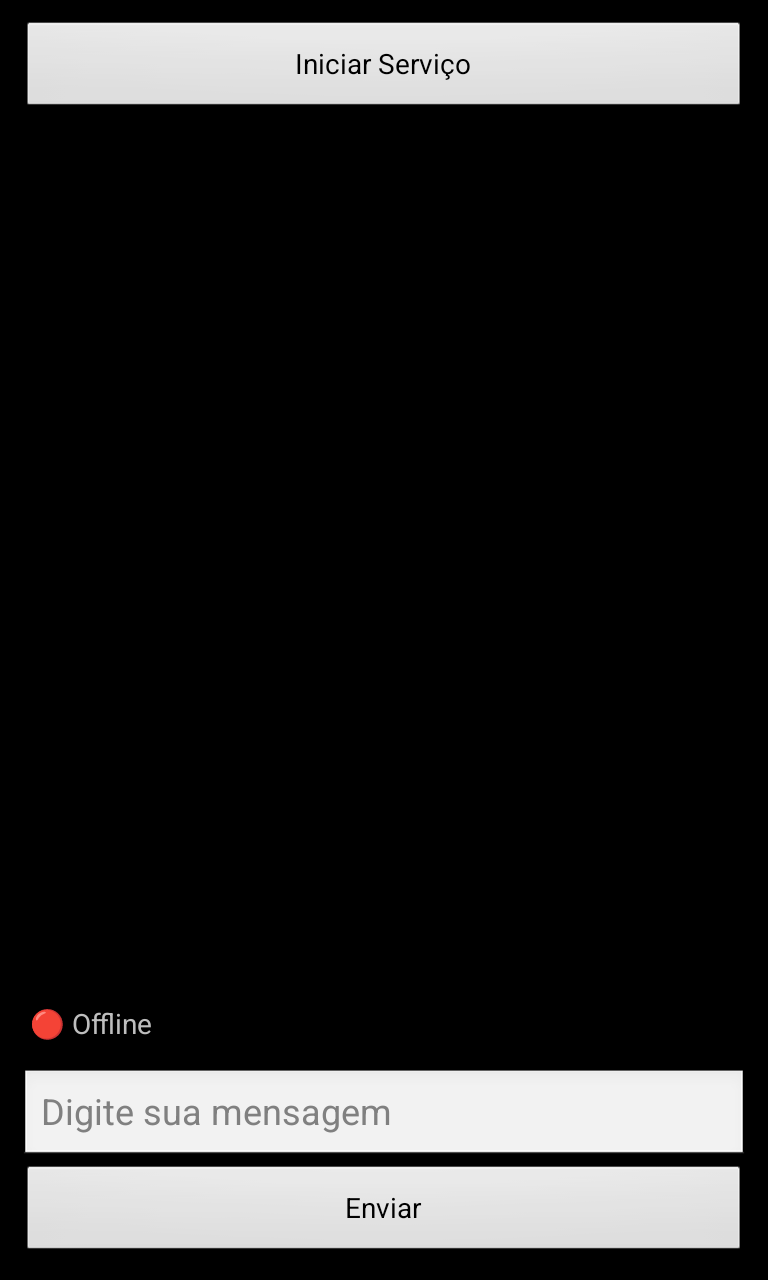
Repository: JoelmirMoura/AppMensagem
Layout: Mensagem/res/layout/main.xml
These files come from the project's save history. The layout is drawn as it stood at one moment and after the next save; the edit follows.
It is drawn on a 768 x 1280 px phone screen (xhdpi) without system bars, with theme android:Theme; the app's code is not run.

Above is the layout before, as saved 2026-04-24 19:20:12.

### Mensagem/res/layout/main.xml
<LinearLayout xmlns:android="http://schemas.android.com/apk/res/android"
    android:orientation="vertical"
    android:padding="10dp"
    android:layout_width="fill_parent"
    android:layout_height="fill_parent">

    <!-- 🔹 BOTÃO ÚNICO -->
    <Button
        android:id="@+id/btnServidor"
        android:layout_width="fill_parent"
        android:layout_height="wrap_content"
        android:text="Iniciar Serviço" />

    <!-- 🔥 ÁREA DO CHAT COM SCROLL -->
    <ScrollView
    	android:id="@+id/scrollChat"
    	android:layout_width="fill_parent"
    	android:layout_height="0dp"
    	android:layout_weight="1"
   	 	android:padding="10dp">

    <LinearLayout
        android:id="@+id/chatContainer"
        android:layout_width="fill_parent"
        android:layout_height="wrap_content"
        android:orientation="vertical"/>
   </ScrollView>
 <TextView
    android:id="@+id/txtStatus"
    android:layout_width="fill_parent"
    android:layout_height="wrap_content"
    android:text="🔴 Offline"
    android:padding="5dp"/>
    <!-- 🔹 DIGITAÇÃO -->
    <EditText
        android:id="@+id/editMensagem"
        android:layout_width="fill_parent"
        android:layout_height="wrap_content"
        android:hint="Digite sua mensagem"
        android:layout_marginTop="8dp"
        android:singleLine="true" />

    <!-- 🔹 ENVIAR -->
    <Button
        android:id="@+id/btnEnviar"
        android:layout_width="fill_parent"
        android:layout_height="wrap_content"
        android:text="Enviar" />

</LinearLayout>

After the next save:
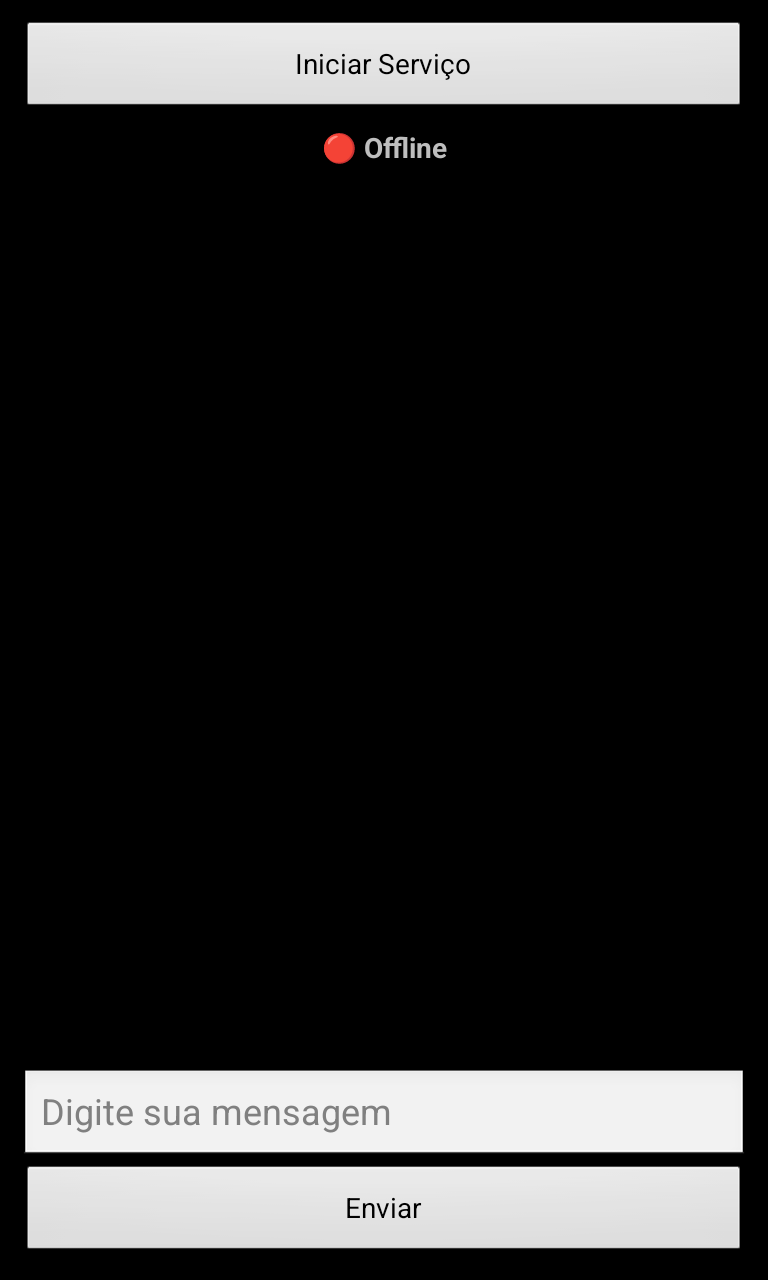
Saved 76 s later.
--- a/Mensagem/res/layout/main.xml
+++ b/Mensagem/res/layout/main.xml
@@ -11,34 +11,41 @@
         android:layout_height="wrap_content"
         android:text="Iniciar Serviço" />
 
-    <!-- 🔥 ÁREA DO CHAT COM SCROLL -->
-    <ScrollView
-    	android:id="@+id/scrollChat"
-    	android:layout_width="fill_parent"
-    	android:layout_height="0dp"
-    	android:layout_weight="1"
-   	 	android:padding="10dp">
-
-    <LinearLayout
-        android:id="@+id/chatContainer"
+    <!-- 🔥 STATUS -->
+    <TextView
+        android:id="@+id/txtStatus"
         android:layout_width="fill_parent"
         android:layout_height="wrap_content"
-        android:orientation="vertical"/>
-   </ScrollView>
- <TextView
-    android:id="@+id/txtStatus"
-    android:layout_width="fill_parent"
-    android:layout_height="wrap_content"
-    android:text="🔴 Offline"
-    android:padding="5dp"/>
+        android:text="🔴 Offline"
+        android:padding="6dp"
+        android:gravity="center"
+        android:textStyle="bold" />
+
+    <!-- 🔥 ÁREA DO CHAT -->
+    <ScrollView
+        android:id="@+id/scrollChat"
+        android:layout_width="fill_parent"
+        android:layout_height="0dp"
+        android:layout_weight="1"
+        android:fillViewport="true">
+
+        <LinearLayout
+            android:id="@+id/chatContainer"
+            android:layout_width="fill_parent"
+            android:layout_height="wrap_content"
+            android:orientation="vertical"
+            android:padding="10dp" />
+
+    </ScrollView>
+
     <!-- 🔹 DIGITAÇÃO -->
     <EditText
         android:id="@+id/editMensagem"
         android:layout_width="fill_parent"
         android:layout_height="wrap_content"
         android:hint="Digite sua mensagem"
-        android:layout_marginTop="8dp"
-        android:singleLine="true" />
+        android:singleLine="true"
+        android:layout_marginTop="8dp" />
 
     <!-- 🔹 ENVIAR -->
     <Button
